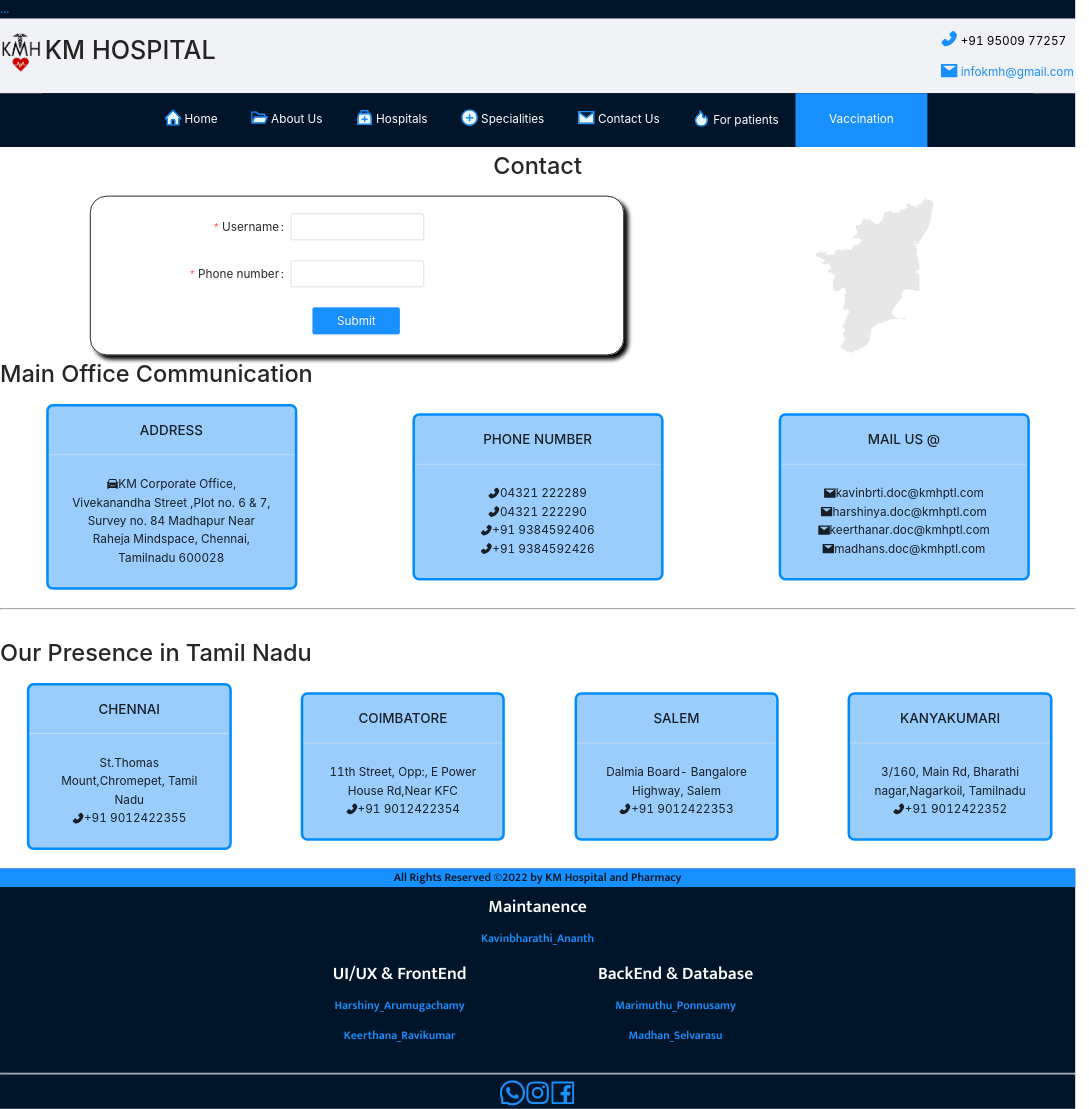
Repository: marimuthu1001/KHM-hospital
Page: /contactus (app in km-hospital/)
The author's editor kept a copy of each file at every save. The page is drawn from the files as they stood at one save, then again after the next save.
The browser window is 1280 px wide. The page is 1297 px wide, so the pictures cover 1297 px, including what lies to the right of the window. The pictures show the whole page, at 84% of full size.
The project was rebuilt for these pictures with package versions that can differ from the ones it lists, and the page was loaded fresh each time. Also part of the build but not shown: km-hospital/src/Pages/Feedback.jsx.

Above is the page before, as saved 2022-01-25 08:57:22.

### km-hospital/public/index.html
<!DOCTYPE html>
<html lang="en">
  <head>
    <meta charset="utf-8" />
    <link rel="icon" href="%PUBLIC_URL%/favicon.ico" />
    <meta name="viewport" content="width=device-width, initial-scale=1" />
    <meta name="theme-color" content="#000000" />
    <meta
      name="description"
      content="Web site created using create-react-app"
    />
    <link rel="apple-touch-icon" href="%PUBLIC_URL%/logo192.png" />
    <!--
      manifest.json provides metadata used when your web app is installed on a
      user's mobile device or desktop. See https://developers.google.com/web/fundamentals/web-app-manifest/
    -->
    <link rel="manifest" href="%PUBLIC_URL%/manifest.json" />
    <!--
      Notice the use of %PUBLIC_URL% in the tags above.
      It will be replaced with the URL of the `public` folder during the build.
      Only files inside the `public` folder can be referenced from the HTML.

      Unlike "/favicon.ico" or "favicon.ico", "%PUBLIC_URL%/favicon.ico" will
      work correctly both with client-side routing and a non-root public URL.
      Learn how to configure a non-root public URL by running `npm run build`.
    -->
    <title>KM HOSPITAL | HOME</title>
  </head>
  <body>
    <noscript>You need to enable JavaScript to run this app.</noscript>
    <div id="root"></div>
    <!--
      This HTML file is a template.
      If you open it directly in the browser, you will see an empty page.

      You can add webfonts, meta tags, or analytics to this file.
      The build step will place the bundled scripts into the <body> tag.

      To begin the development, run `npm start` or `yarn start`.
      To create a production bundle, use `npm run build` or `yarn build`.
    -->
  </body>
</html>

### km-hospital/src/index.js
import React from 'react';
import ReactDOM from 'react-dom';
import 'antd/dist/antd.min.css'
import './index.css'
import App from './App';


ReactDOM.render(
  <React.StrictMode>
    <App />
  </React.StrictMode>,
  document.getElementById('root')
);

### km-hospital/src/index.css
@import '~antd/dist/antd.css';

.ant-menu:not(.ant-menu-horizontal) .ant-menu-item-selected {
	background: transparent;
}

.ant-menu{
    background: red;
    }

### km-hospital/src/App.js
import Nav from  './components/Nav'
import Footer from './components/Footer'
import ContactUs from './Pages/ContactUs'
import {BrowserRouter as Router, Route,Routes} from 'react-router-dom'

import Feedback from './Pages/Feedback'

function App() {
  return (
    <Router>
        <div className="App">
          <Nav/>
          <Routes>
            <Route exact path="/contactus" element={<ContactUs/>}/>
            <Route exact path="/feedback" element={<Feedback/>}/>
          </Routes>

          <Footer/>
        </div>
    </Router>

  );
}

export default App;

### km-hospital/src/components/Nav.jsx
import React from 'react'

import Styles from '../Styles/Nav.module.css'
import { Layout, Menu, Dropdown,Row,Col } from 'antd';
import { UserOutlined, LaptopOutlined, NotificationOutlined } from '@ant-design/icons';
import Logo from '../Images/Logo.png'

import {HomeTwoTone,
    FolderOpenTwoTone,
    MedicineBoxTwoTone,
    PlusCircleTwoTone,
    FireTwoTone ,
    MailTwoTone,
    PhoneFilled,
    MailFilled,

    } from '@ant-design/icons'

function Nav() {
  const menu = (
    <Menu>

            <Menu.Item key="1">Covid Dose</Menu.Item>
            <Menu.Item key="2">Covid Booster</Menu.Item>
            <Menu.Item key="3">Polio Vaccine</Menu.Item>
            <Menu.Item key="4">Chicken pox Vaccine</Menu.Item>
      </Menu>
  )
const patients = (
  <Menu>
          <Menu.Item key="1">Health Checkup Package</Menu.Item>
          <Menu.Item key="2">Medicines</Menu.Item>
          <Menu.Item key="3">Symptoms</Menu.Item>
          <Menu.Item key="4">Procedurs</Menu.Item>
          <Menu.Item key="5">BMI Calculator</Menu.Item>
    </Menu>

  )

  const { Header} = Layout;
    return (

      <Layout>
        <p className={Styles.line}>...</p>
        <div className={Styles.head} >
            <Row gutters={[16,16]}>
              <Col md={{span:2}} lg={{span:1}}>
              <div className="logo">
              <img src={Logo} alt="Logo" widht={50} height={50}/>
            </div>
              </Col>
              <Col md={{span:6}} lg={{span:4}}>
              <h1>KM HOSPITAL</h1>
              </Col>
              <Col md={{span:8}} lg={{span:16}}></Col>
              <Col md={{span:5}} lg={{span:3}}>
              <div className={Styles.contactHead}>
                <p style={{color:'black'}}><PhoneFilled  style= {{ fontSize: '20px',color: '#1890ff'  }} />&nbsp;+91 95009 77257</p>
                <p><a href="mailto:infokmh@gmail.com"><MailFilled style= {{ fontSize: '20px',color: '#1890ff'  }} />&nbsp;infokmh@gmail.com</a></p>
               </div>
              </Col>
            </Row>
        </div>



      <Header className="header">
      <div className="menubar">
        <Menu style={{
            position: 'relative',
            display: 'flex',
            justifyContent: 'center',

        }} theme="dark" mode="horizontal" defaultSelectedKeys={['1']}>
     <a href="/">
          <Menu.Item key="7"><HomeTwoTone style={{fontSize:20}}/>&nbsp;Home</Menu.Item>
     </a>
     <a href="">
          <Menu.Item key="2"><FolderOpenTwoTone style={{fontSize:20}}/>&nbsp;About Us</Menu.Item>
     </a>
     <a href="">
          <Menu.Item key="3"><MedicineBoxTwoTone style={{fontSize:20}}/>&nbsp;Hospitals</Menu.Item>
     </a>
     <a href="">
          <Menu.Item key="4"><PlusCircleTwoTone style={{fontSize:20}}/>&nbsp;Specialities</Menu.Item>
     </a>
     <a href="/contactus">
          <Menu.Item  key="6"> <MailTwoTone style={{fontSize:20}}/>&nbsp;Contact Us</Menu.Item>
     </a>
          <Dropdown  overlay={patients} placement="topCenter">
              <Menu.Item key="5"><FireTwoTone style={{fontSize:20}}/>&nbsp;For patients</Menu.Item>
          </Dropdown>

          <Menu.Item key="1">
          <Dropdown  overlay={menu} placement="topCenter">
                    <Menu.Item>Vaccination</Menu.Item>
          </Dropdown>
          </Menu.Item>


        </Menu>  </div>
      </Header>


        </Layout>


    )
}

export default Nav

### km-hospital/src/components/Footer.jsx
import React from 'react'
import Styles from '../Styles/Footer.module.css'
import { Row, Col } from 'antd';
import {WhatsAppOutlined,
    InstagramOutlined,
    FacebookOutlined} from '@ant-design/icons'
function Footer() {
    return (
        <div  >
            <div className={Styles.footer}>


                <div className={Styles.footerContent}>
                    <div sm={1}  md={6} lg={8}  className={Styles.footerTitle}>
                        <h4>All Rights Reserved &copy;2022 by KM Hospital and Pharmacy</h4>
                    </div>


                <div className={Styles.maintain}>
                    <h2>Maintanence</h2>
                    <p>Kavinbharathi_Ananth</p>
                </div>

                <Row className={Styles.design} gutter={[34, 18]}>
                <Col xs={24} md={6}/>
                    <Col xs={24} md={6}>
                        <div>
                            <h2 className={Styles.headDecoration}>UI/UX & FrontEnd</h2>
                            <div className={Styles.decoration}>
                                <p>Harshiny_Arumugachamy</p>
                                <p>Keerthana_Ravikumar</p>
                            </div>
                        </div>
                    </Col>
                    <Col xs={24} md={6}>
                        <div>
                        <h2 className={Styles.headDecoration}>BackEnd & Database</h2>
                            <div className={Styles.decoration}>
                                <p>Marimuthu_Ponnusamy</p>
                                <p>Madhan_Selvarasu</p>
                            </div>
                        </div>
                    </Col>
                    <Col xs={24} md={6}/>
                        <Col sm={{ span: 5, offset: 0 }} md={{ span: 5, offset: 0 }} lg={{ span: 6, offset:0  }}> </Col>
                </Row>


<hr/>


                <Row  className={Styles.social}>
                    <Col sm={{span:2}} md={{span:8}} lg={{span:8}}><WhatsAppOutlined style={{fontSize: '30px' }} /></Col>
                    <Col sm={{span:2}} md={{span:8}} lg={{span:8}}><InstagramOutlined style={{fontSize: '30px' }} /></Col>
                    <Col sm={{span:2}} md={{span:8}} lg={{span:8}}><FacebookOutlined style={{fontSize: '30px' }} /></Col>
                </Row>
            </div>
        </div>
        </div>
    )
}

export default Footer

### km-hospital/src/Pages/ContactUs.jsx
import React from 'react'
import Styles from '../Styles/ContactUs.module.css'
import { Card, Col, Row,Form, Input, Button  } from 'antd';
import {CarFilled ,PhoneFilled,MailFilled} from '@ant-design/icons'
import TamilNadu from '../Images/TN image.png'
function ContactUs() {
    const onFinish = (values) => {
        console.log('Success:', values);
      };

      const onFinishFailed = (errorInfo) => {
        console.log('Failed:', errorInfo);
      };

    return (
        <div>
            <div className={Styles.title}>
                <h1>Contact</h1>
            </div>


<Row justify="space-around" align="middle" gutter={8}>
        <Col span={12}>
        <Form className={Styles.form}
                    name="basic"
                    labelCol={{
                        span: 9,
                    }}
                    wrapperCol={{
                        span: 6,
                    }}
                    initialValues={{
                        remember: true,
                    }}
                    onFinish={onFinish}
                    onFinishFailed={onFinishFailed}
                    autoComplete="off"
                    >
                    <Form.Item
                        label="Username"
                        name="username"
                        rules={[
                        {
                            required: true,
                            message: 'Please input your username!',
                        },
                        ]}
                    >
                        <Input />
                    </Form.Item>

                    <Form.Item
                        label="Phone number"
                        name="mob_num"
                        rules={[
                        {
                            required: true,
                            message: 'Please input your Number!',
                        },
                        ]}
                    >
                        <Input />
                    </Form.Item>

                    <Form.Item
                        align="middle"
                        wrapperCol={{
                            span: 14, offset: 10
                        }}
                    >
                        <Button  className={Styles.btn} type="primary" htmlType="submit">
                        Submit
                        </Button>
                    </Form.Item>


                    </Form>



        </Col>
        <Col span={4}>
        <img  src={TamilNadu} alt="TN image" width={150} height={190} />
        </Col>
</Row>



    <h1>Main Office Communication</h1>
            <div className={Styles.contact}>
                <div className="site-card-wrapper">
                    <Row justify="space-around" align="middle" gutter={28}>
                        {/* <Col sm={{span:2}} md={{span:5}}  lg={{span:4}}></Col> */}
                        <Col  sm={{span:1}} md={{span:5}}  lg={{span:6}} >
                            <Card className={Styles.card} title="ADDRESS" bordered={true} hoverable={true}>
                            <CarFilled />
                            KM Corporate Office,<br/>
Vivekanandha Street ,Plot no. 6 & 7, Survey no. 84 Madhapur Near Raheja Mindspace, Chennai, Tamilnadu 600028
                            </Card>
                        </Col>
                        <Col sm={{span:1}} md={{span:5}} lg={{span:6}} >
                            <Card className={Styles.card} title="PHONE NUMBER" bordered={true} hoverable={true}>
                            <PhoneFilled />04321 222289<br/>
                            <PhoneFilled />04321 222290<br/>
                            <PhoneFilled />+91 9384592406<br/>
                            <PhoneFilled />+91 9384592426<br/>
                            </Card>
                        </Col>
                        <Col sm={{span:1}} md={{span:5}} lg={{span:6}}>
                            <Card className={Styles.card} title="MAIL US @" bordered={true} hoverable={true}>
                            <MailFilled />kavinbrti.doc@kmhptl.com<br/>
                            <MailFilled />harshinya.doc@kmhptl.com<br/>
                            <MailFilled />keerthanar.doc@kmhptl.com<br/>
                            <MailFilled />madhans.doc@kmhptl.com<br/>
                            </Card>
                        </Col>
                        {/* <Col sm={{span:3}} md={{span:5}}  lg={{span:4}}></Col> */}
                    </Row>
                   <br/> <hr/><br/>
                </div>
            </div>


            <h1>Our Presence in Tamil Nadu</h1>
            <div className="site-card-wrapper">
                    <Row className={Styles.locations} justify="space-around" align="middle" gutter={28}>
                        {/* <Col sm={{span:2}} md={{span:5}}  lg={{span:4}}></Col> */}
                        <Col  sm={{span:1}} md={{span:5}}  lg={{span:5}} >
                            <Card className={Styles.card} title="CHENNAI" bordered={true} hoverable={true}>
                            St.Thomas Mount,Chromepet, Tamil Nadu <br/> <PhoneFilled />+91 9012422355
                            </Card>
                        </Col>
                        <Col sm={{span:1}} md={{span:5}} lg={{span:5}} >
                            <Card  className={Styles.card} title="COIMBATORE" bordered={true} hoverable={true}>
                           11th Street, Opp:, E Power House Rd,Near KFC <br/> <PhoneFilled />+91 9012422354
                            </Card>
                        </Col>
                        <Col sm={{span:1}} md={{span:5}} lg={{span:5}}>
                            <Card className={Styles.card} title="SALEM" bordered={true} hoverable={true}>
                           Dalmia Board- Bangalore Highway, Salem  <br/> <PhoneFilled />+91 9012422353
                            </Card>
                        </Col>
                        <Col sm={{span:1}} md={{span:5}} lg={{span:5}}>
                            <Card className={Styles.card} title="KANYAKUMARI" bordered={true} hoverable={true}>
                             3/160, Main Rd, Bharathi nagar,Nagarkoil, Tamilnadu  <br/> <PhoneFilled />+91 9012422352
                            </Card>
                        </Col>
                        {/* <Col sm={{span:3}} md={{span:5}}  lg={{span:4}}></Col> */}
                    </Row>
              <br/>
                </div>
        </div>
    )
}

export default ContactUs

### km-hospital/src/Styles/Nav.module.css
*{
    margin-top:0px;
}
.line{
    background-color:#001529;
    color:#1890ff;
}
.head h1{
    font-size: 30px;
}
.menubar .Menu.item{
    margin-left:20%;
}
a{
    text-decoration: none;
}
a:hover{
    background-color:#1890ff;
}

### km-hospital/src/Styles/Footer.module.css
@import url('https://fonts.googleapis.com/css2?family=Mukta:wght@600&display=swap');
.footer{
    background-color:#001529;
    font-family: 'Mukta', sans-serif;
    color:#1890ff;
    position:relative;
    text-align:center
}
.footer h2{
    color:#ffffff
}
.footer .footerTitle{
    color:rgb(255, 255, 255);
    background-color:#1890ff
}
.footer .social{
    text-align:center;
    display:inline-flex;
}
.social li{
    list-style-type: none;
}
.decoration{
    list-style-type:none;
    text-align:center
}
.headDecoration{
    text-align:center
}

### km-hospital/src/Styles/ContactUs.module.css
.title{
    text-align:center;
}
.card{
    border:3px solid #008cff;
    border-radius:8px;
    text-align: center;
    background-color:#9bcdfc;
}
.card:hover{
    border:3px solid #1890ff;
    box-shadow: 8px 8px 8px #9bcdfc ;
}
.locations{

    padding-left:5px;
}
.btn{
    width:28%;
}
.form{
    border-radius:20px;
    border:1px solid #000;
    box-shadow:5px 5px 5px rgb(0, 0, 0);
    padding-top:20px;
}

After the next save:
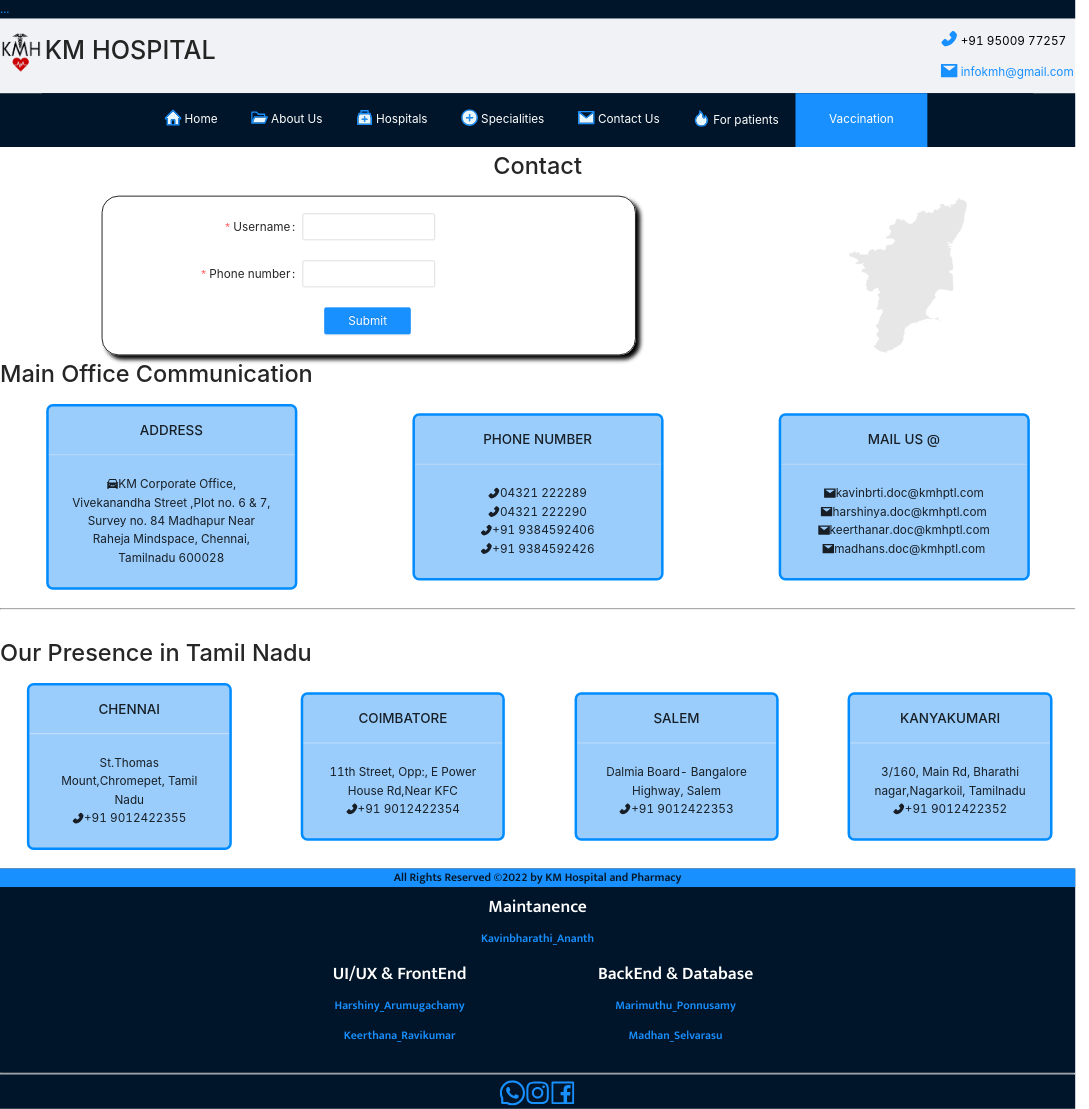
Saved 6 s later.
--- a/km-hospital/src/Pages/ContactUs.jsx
+++ b/km-hospital/src/Pages/ContactUs.jsx
@@ -79,7 +79,7 @@ function ContactUs() {
 
 
         </Col>
-        <Col span={4}>
+        <Col span={3}>
         <img  src={TamilNadu} alt="TN image" width={150} height={190} />
         </Col>
 </Row>
